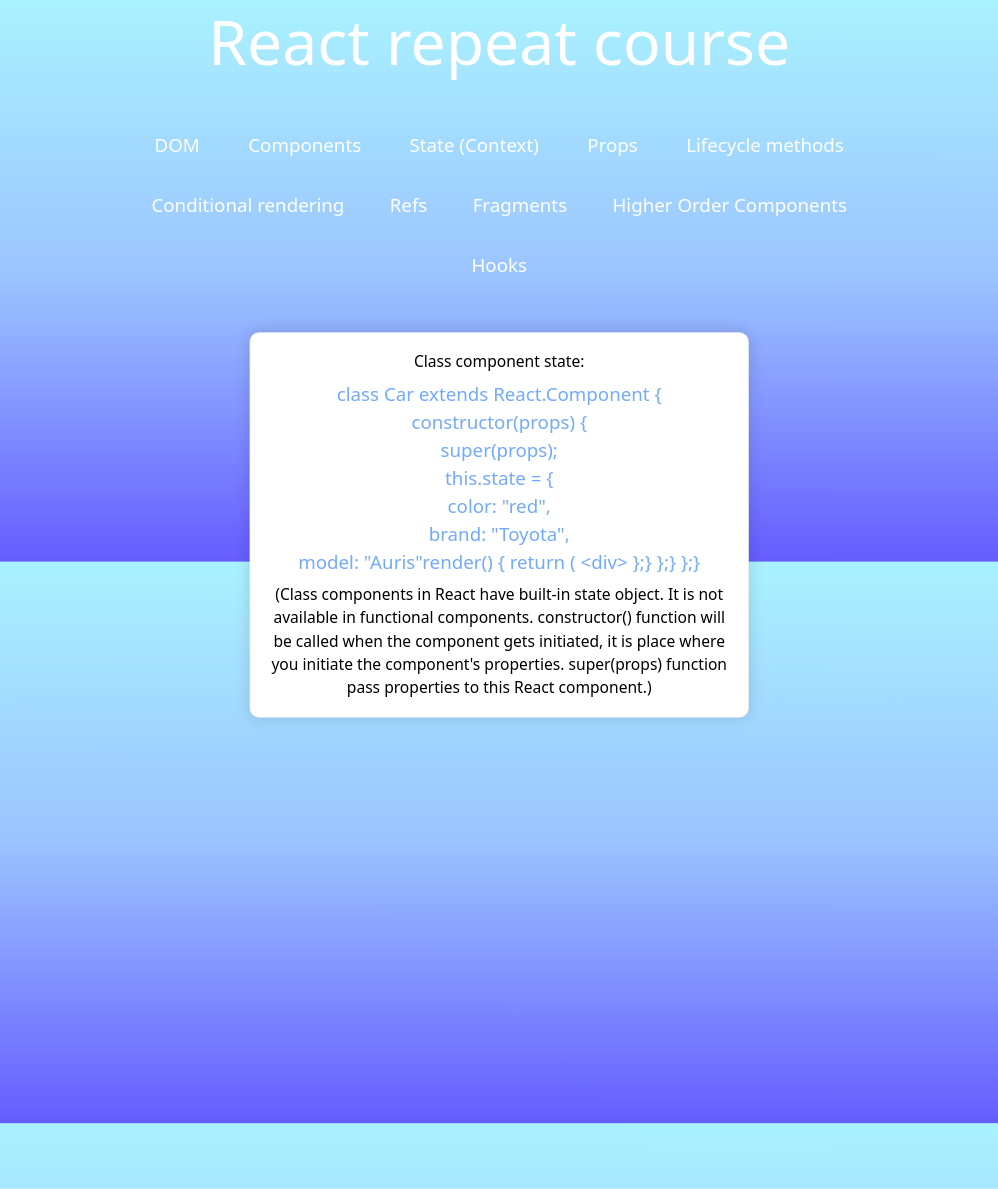
Repository: michalgornicki/github
Page: /#/State
These files come from the project's save history. The page is drawn as it stood at one moment and after the next save; the edit follows.
The browser window is 1280 px wide. The pictures show the whole page, at 78% of full size.
Backgrounds fixed to the window are drawn as part of the page. The project was rebuilt for these pictures with package versions that can differ from the ones it lists, and the page was loaded fresh each time. Also part of the build but not shown: src/components/dom.jsx, src/components/components.jsx, src/components/props.jsx, src/components/lifecycle.jsx, src/components/conditional.jsx, src/components/refs.jsx, src/components/fragments.jsx, src/components/hoc.jsx and 1 more.

Above is the page before, as saved 2022-02-07 12:58:59.

After the next save:
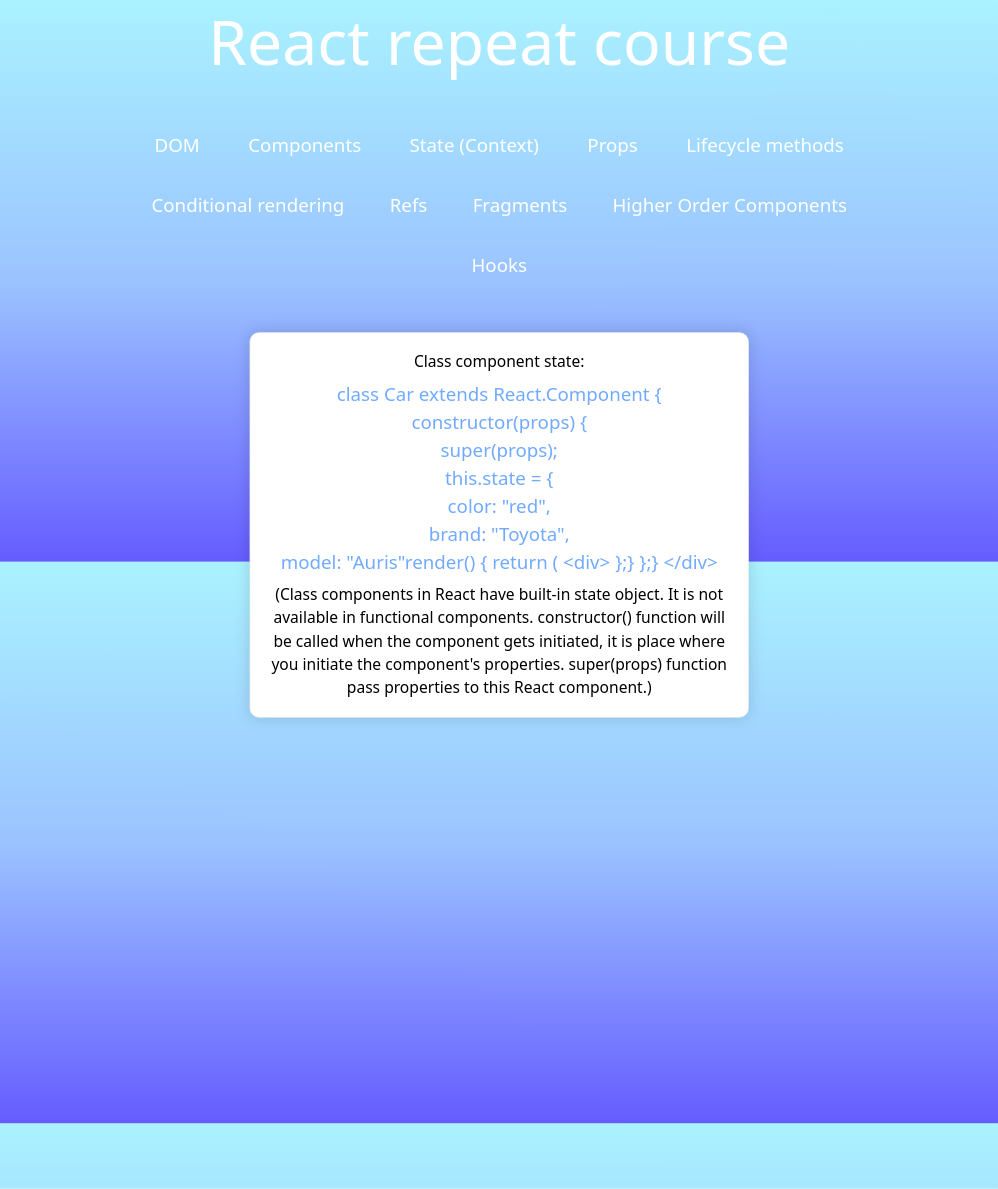
Saved 5 s later.
--- a/src/components/state.jsx
+++ b/src/components/state.jsx
@@ -17,7 +17,7 @@
           {`<div>`}{" "}
           {`};}`}{" "}
           {`};}`}{" "}
-          {`};}`}{" "}
+          {`</div>`}{" "}
         </div>{" "}
         (Class components in React have built-in state object. It is not available in functional components. constructor() function will be called when the component gets initiated, it is place where you initiate the component's properties. super(props) function pass properties to this React component.)
       </div>
